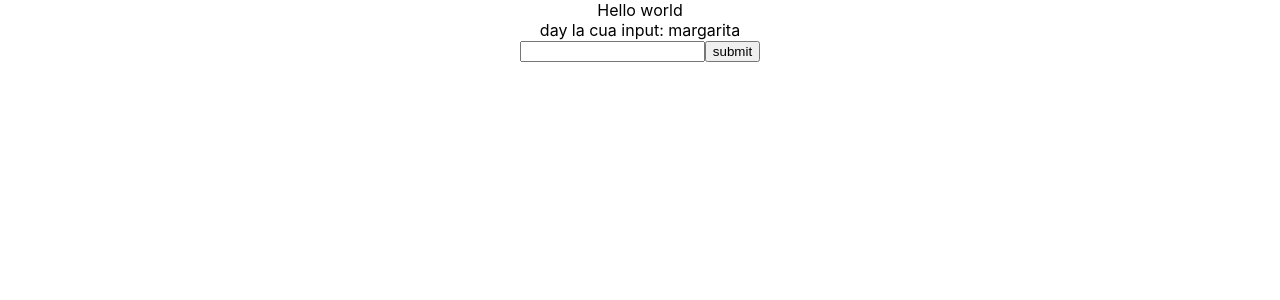
Repository: phunobi1807/phucocktail
Page: /
An editor plug-in stored every save of this project. The page is shown before and after the next save, followed by the edit.
The browser window is 1280 px wide. The pictures show the whole page.
The page's requests for data from a server got no answer. The project was rebuilt for these pictures with package versions that can differ from the ones it lists, and the page was loaded fresh each time. No one was signed in, and anything a server would have sent is missing.

Above is the page before, as saved 2021-09-24 22:52:13.

After the next save:
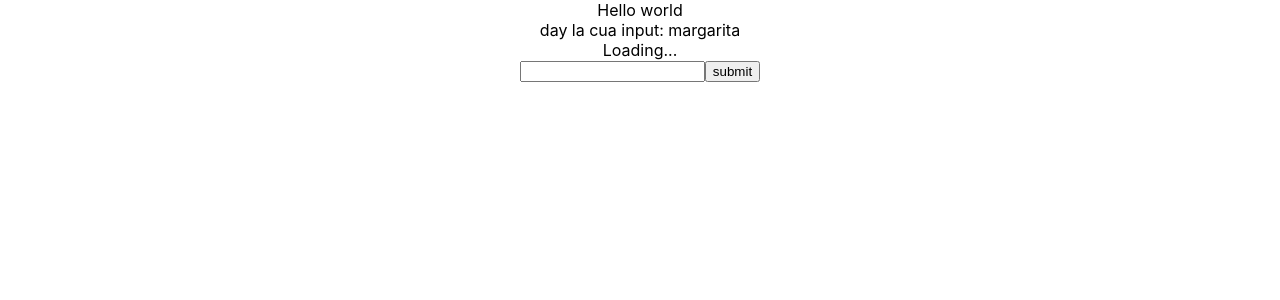
Saved 7 s later.
--- a/src/api/CallCoctail.js
+++ b/src/api/CallCoctail.js
@@ -13,7 +13,7 @@
        listCoctail: [],
        name: "margarita",
 
-       loading: false
+       loading: true
     }
 
     // Các hàm phải cách nhau 1

After the save that followed:
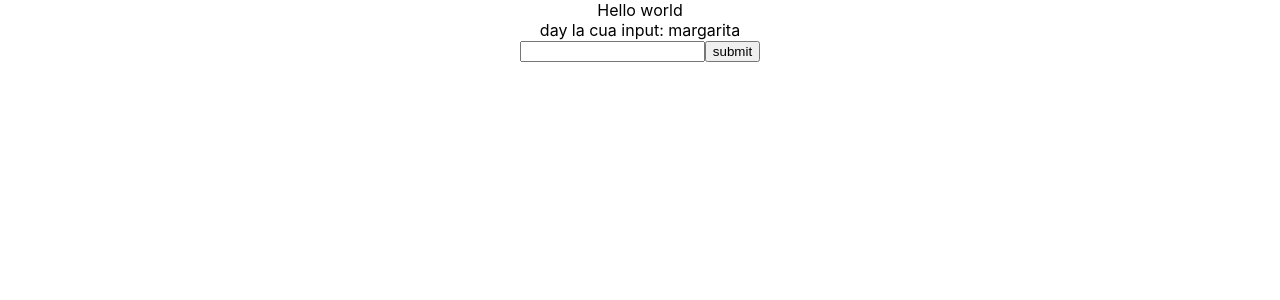
Saved 14 s later.
--- a/src/api/CallCoctail.js
+++ b/src/api/CallCoctail.js
@@ -13,7 +13,7 @@
        listCoctail: [],
        name: "margarita",
 
-       loading: true
+       loading: false
     }
 
     // Các hàm phải cách nhau 1
